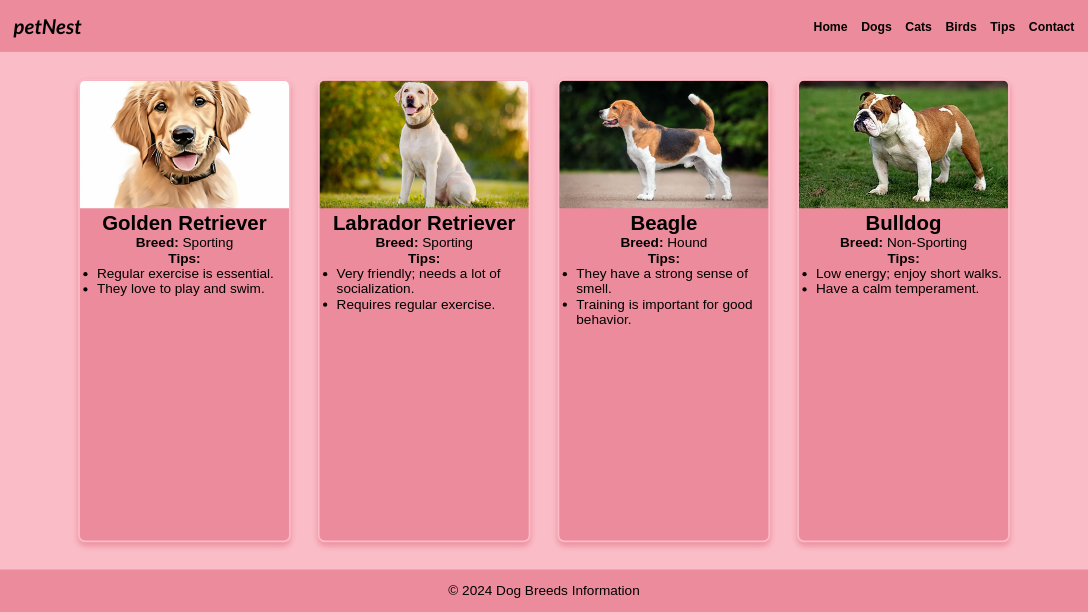
Repository: SHAHZADcodr/pet_care
Page: pages/dog.html
The author's editor kept a copy of each file at every save. The page is drawn from the files as they stood at one save, then again after the next save.
The browser window is 1280 px wide. The pictures show the whole page, at 85% of full size.

Above is the page before, as saved 2024-11-04 22:43:18.

### pages/dog.html
<!DOCTYPE html>
<html lang="en">
<head>
    <meta charset="UTF-8">
    <meta name="viewport" content="width=device-width, initial-scale=1.0">
    <title>Dog Breeds</title>
    <link rel="stylesheet" href="dog.css"> <!-- Link to your CSS file -->
</head>
<body>
    <header>
        <nav>
            <h1 id="webName"><i><strong>petNest</strong></i></h1>
            <ul id="nav-links">
                <li><a href="index.html">Home</a></li>
                <li><a href="pages/dog.html">Dogs</a></li>
                <li><a href="pages/cats.html">Cats</a></li>
                <li><a href="pages/birds.html">Birds</a></li>
                <li><a href="pages/tips.html">Tips</a></li>
                <li><a href="contact.html" id="you">Contact</a></li>
            </ul>
        </nav>
    </header>
    <main class="dog-breeds">
        <div class="dog-card">
            <img src="../dogImages/goldenRetriever.jpg" alt="Golden Retriever" class="dog-image">
            <h2>Golden Retriever</h2>
            <p><strong>Breed:</strong> Sporting</p>
            <p><strong>Tips:</strong></p>
            <ul>
                <li>Regular exercise is essential.</li>
                <li>They love to play and swim.</li>
            </ul>
        </div>
        <div class="dog-card">
            <img src="../dogImages/labrador.jpg" alt="Labrador Retriever" class="dog-image">
            <h2>Labrador Retriever</h2>
            <p><strong>Breed:</strong> Sporting</p>
            <p><strong>Tips:</strong></p>
            <ul>
                <li>Very friendly; needs a lot of socialization.</li>
                <li>Requires regular exercise.</li>
            </ul>
        </div>
        <div class="dog-card">
            <img src="../dogImages/beagle.jpg" alt="Beagle" class="dog-image">
            <h2>Beagle</h2>
            <p><strong>Breed:</strong> Hound</p>
            <p><strong>Tips:</strong></p>
            <ul>
                <li>They have a strong sense of smell.</li>
                <li>Training is important for good behavior.</li>
            </ul>
        </div>
        <div class="dog-card">
            <img src="../dogImages/bulldog.jpg" alt="Bulldog" class="dog-image">
            <h2>Bulldog</h2>
            <p><strong>Breed:</strong> Non-Sporting</p>
            <p><strong>Tips:</strong></p>
            <ul>
                <li>Low energy; enjoy short walks.</li>
                <li>Have a calm temperament.</li>
            </ul>
        </div>
        <!-- Add more dog cards as needed -->
    </main>
    <footer>
        <p>&copy; 2024 Dog Breeds Information</p>
    </footer>

    <script src="dog.js"></script> <!-- Link to your JavaScript file -->
</body>
</html>

### pages/dog.css
/* General Reset */
* {
    margin: 0;
    padding: 0;
    box-sizing: border-box;
}
:root{
    --bg-background-color:rgb(236, 139, 155);
    --bg--body-color:rgb(250, 189, 199);
}
/* Basic Layout */
body {
    font-family: Arial, sans-serif;
    display: flex;
    flex-direction: column;
    min-height: 100vh; /* Ensures body takes full height of the viewport */
    background-color:var(--bg--body-color);
}


header {
    background-color:var(--bg-background-color);
    padding: 1rem;
    color: black;;
}

nav {
    display: flex;
    justify-content: space-between;
    align-items: center;
}

#nav-links {
    list-style-type: none;
    display: flex;
    gap: 1rem;
}

#nav-links a {
    color:black;
    text-decoration: none;
    font-size:0.9rem;
    font-weight: 600;
    transition:color 0.2s;
}
#nav-links a:hover{
    color:white!important;
}

 #nav-links  #you{
    cursor:url(/images/cursor.svg)3 3,auto !important;
}
/*Website name*/
#webName{
    font-family: 'Gill Sans', 'Gill Sans MT', Calibri, 'Trebuchet MS', sans-serif;
}


.dog-breeds {
    display: flex;
    flex-wrap: wrap;
    justify-content: center;
    padding: 1rem;
    flex-grow: 1; /* Allows the main content to grow and push footer down */
}

.dog-card {
    background-color:var(--bg-background-color);
    border: 2px solid var(--bg--body-color);
    border-radius: 8px;
    box-shadow: 0 4px 8px var(--bg-background-color);
    margin: 1rem;
    width: 100%; /* Full width on small screens */
    max-width: 250px; /* Maximum width for larger screens */
    text-align: center;
    overflow: hidden;
    transition: transform 0.2s;
}

.dog-card:hover {
    transform: scale(1.05); /* Slightly enlarge on hover */
}

.dog-card img {
    width: 100%; /* Ensure image takes full width of the card */
    height: auto; /* Maintain aspect ratio without cutting off */
    max-height: 150px; /* Set a max height to ensure consistency */
    object-fit: cover; /* Maintain aspect ratio, cropping if necessary */
}

ul {
    list-style-type: disc; /* Default bullet points */
    padding-left: 20px; /* Indent the list */
    text-align: left; /* Align text to the left */
}

footer {
    background-color:var(--bg-background-color);
    text-align: center;
    padding: 1rem;
    margin-top: auto; /* Push footer to the bottom */
}

/* Media Queries for Responsive Design */
@media (max-width: 768px) {
    .dog-card {
        max-width: 90%; /* Wider cards on medium screens */
    }
}

@media (max-width: 480px) {
    header h1 {
        font-size: 1.5rem; /* Smaller font size for header on small screens */
    }

    .dog-card {
        max-width: 100%; /* Full width for small screens */
    }

    .dog-card img {
        max-height: 120px; /* Adjust image height for small screens */
    }
}

Loaded but not shown: pages/dog.js (empty)

After the next save:
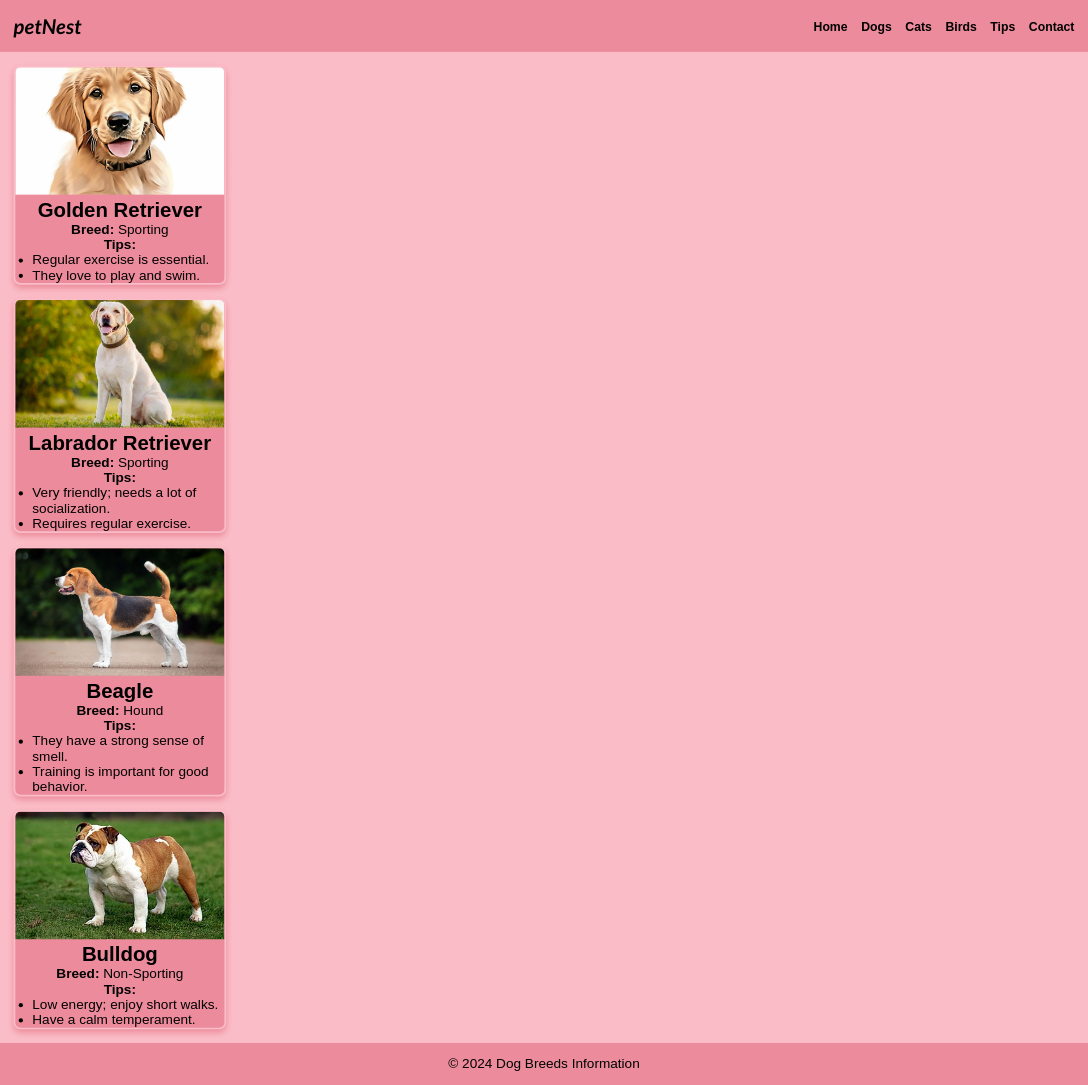
Saved 15 s later.
--- a/pages/dog.css
+++ b/pages/dog.css
@@ -54,7 +54,7 @@
 #webName{
     font-family: 'Gill Sans', 'Gill Sans MT', Calibri, 'Trebuchet MS', sans-serif;
 }
-
+#webName:
 
 .dog-breeds {
     display: flex;

After the save that followed:
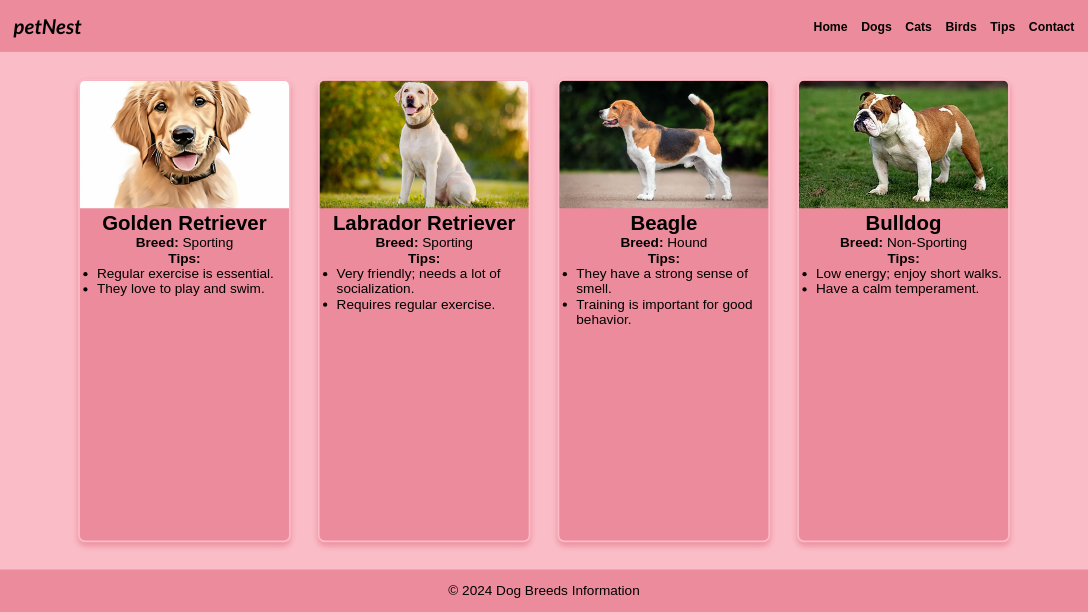
Saved 6 s later.
--- a/pages/dog.css
+++ b/pages/dog.css
@@ -54,7 +54,9 @@
 #webName{
     font-family: 'Gill Sans', 'Gill Sans MT', Calibri, 'Trebuchet MS', sans-serif;
 }
-#webName:
+#webName:hover{
+    color:aliceblue;
+}
 
 .dog-breeds {
     display: flex;
